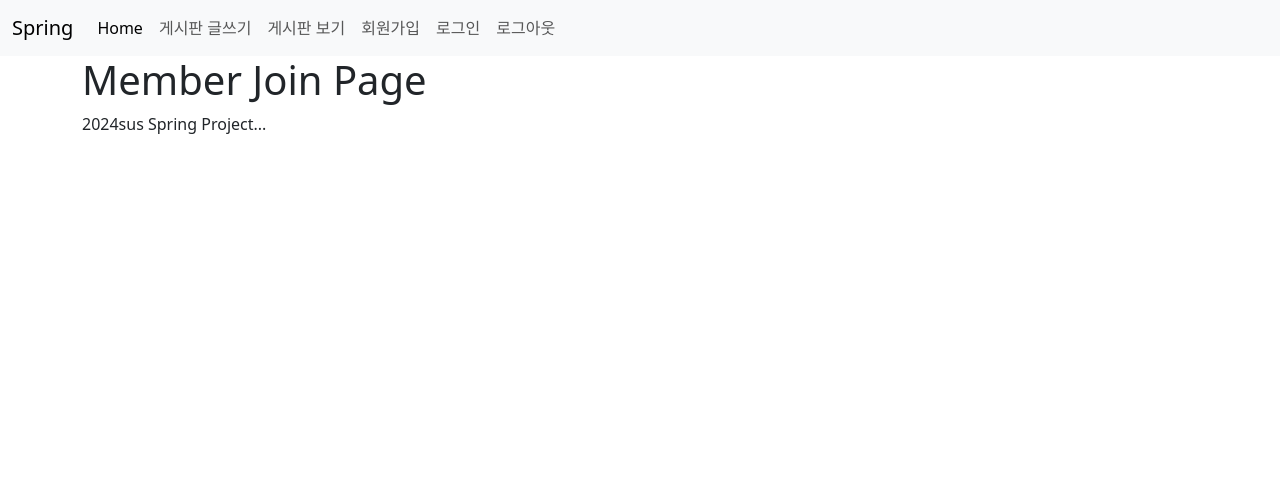
Repository: Ceciliaseon/springTest20240430
Page: http://localhost/spring_study/WEB-INF/views/member/register.jsp
The author's editor kept a copy of each file at every save. The page is drawn from the files as they stood at one save, then again after the next save.
The browser window is 1280 px wide. The pictures show the whole page.
The page is served by Tomcat 9. Nobody is signed in. The template is opened directly, without the code that normally fills it, so the values that code supplies are empty.

Above is the page before, as saved 2024-04-25 05:49:18.

After the next save:
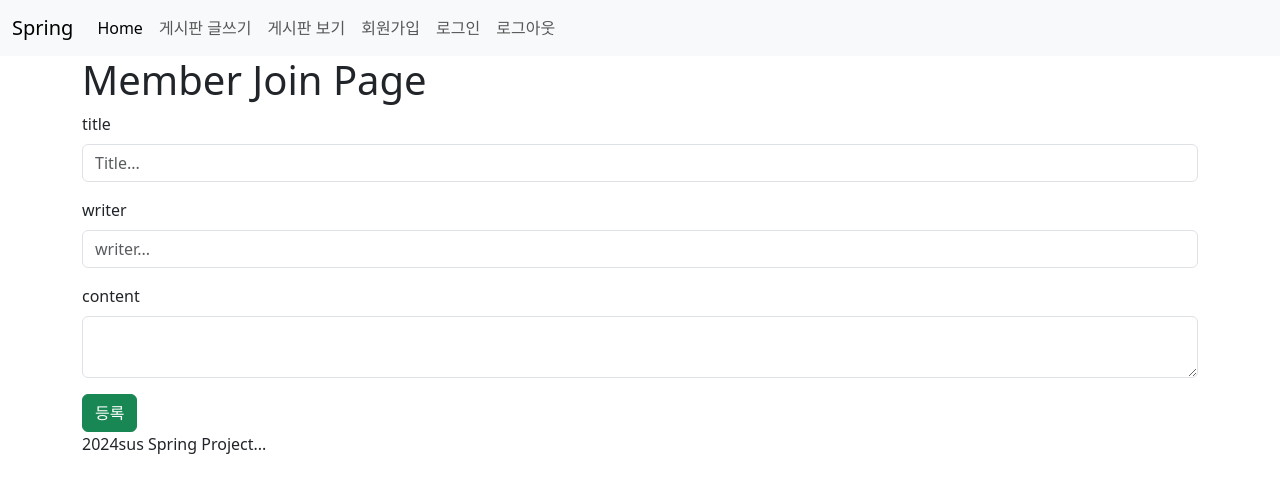
Saved 26 s later.
--- a/spring_study/src/main/webapp/WEB-INF/views/member/register.jsp
+++ b/spring_study/src/main/webapp/WEB-INF/views/member/register.jsp
@@ -5,7 +5,21 @@
 
 <div class="container-md">
 	<h1>Member Join Page</h1>
-
+	<form action="/member/join" method="post">
+		<div class="mb-3">
+		  <label for="t" class="form-label">title</label>
+		  <input type="text" class="form-control" name="title" id="t" placeholder="Title...">
+		</div>
+		<div class="mb-3">
+		  <label for="w" class="form-label">writer</label>
+		  <input type="text" class="form-control" name="writer" id="w" placeholder="writer...">
+		</div>
+		<div class="mb-3">
+		  <label for="c" class="form-label">content</label>
+		  <textarea class="form-control" id="c" name="content" aria-label="With textarea"></textarea>
+		</div>
+		<button type="submit" class="btn btn-success">등록</button>
+	</form>
 </div>
 
 <jsp:include page="../layout/footer.jsp" />
